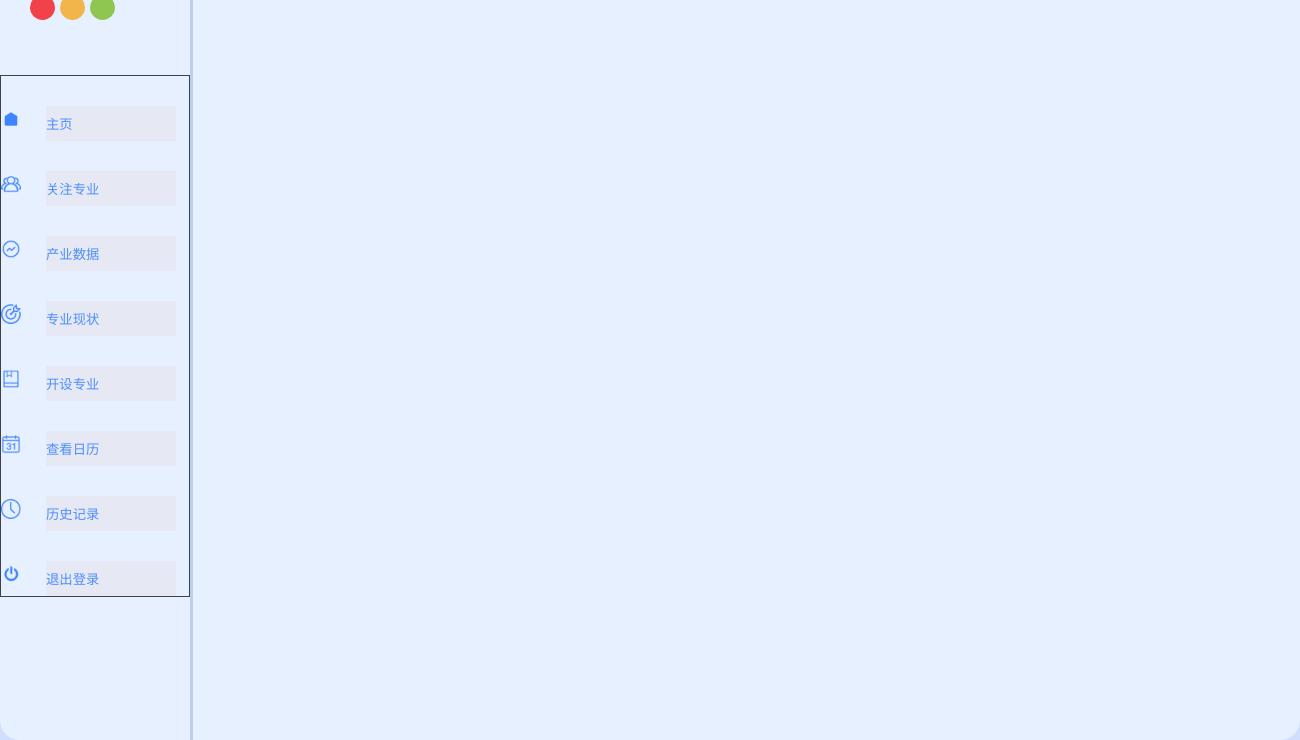
Repository: akaCSDN/test
Page: 2.1主页.html
An editor plug-in stored every save of this project. The page is shown before and after a run of saves, followed by the edit.
The browser window is 1280 px wide. The page is 1300 px wide, so the pictures cover 1300 px, including what lies to the right of the window. The pictures show the whole page.

Above is the page before, as saved 2022-12-02 15:11:42.

### 2.1主页.html
<!DOCTYPE html>
<html lang="en">
<head>
    <meta charset="UTF-8">
    <meta http-equiv="X-UA-Compatible" content="IE=edge">
    <meta name="viewport" content="width=device-width, initial-scale=1.0">
    <title>Document</title>
    <style type="text/css">
        *{
            margin: 0;
            padding: 0;
            border: 0;
        }
        .main{
            width: 1300px;
            height: 760px;
            /* border: 1px solid black; */
            border-radius: 20px;
            background-color: aliceblue;
            opacity: 0.7;
            position: absolute;
            top: 0;
            right: 0;
            bottom: 0;
            left: 0;
            margin: auto;

        }
        .left{
            width: 190px;
            height: 760px;
            border-radius: 20px 0px 0px 20px;
            border-right: 3px solid rgba(146, 169, 213, 0.622);
            /* border: 1px solid black; */
            position: absolute;
        }
        .circle-point{
            width: 100px;
            height: 30px;
            /* border: 1px solid black; */
            margin-left: 25px;
            margin-top: 15px;
        }
        .circle-point div{
            width: 25px;
            height: 25px;
            border-radius: 100% 100% 100% 100%;
            float: left;
            opacity: 1;
            /* position: absolute; */
            margin-left: 5px;

        }
        .button{
            width: auto;
            height: auto;
            border: 1px solid black;
            margin-top: 50px;
        }
        .button ul{
            list-style-type: none;
        }
        .button button{
            width: 130px;
            height: 35px;
            text-align: left;
            margin-left: 25px;
            color: rgba(0, 94, 255, 0.909);
            #005EF
            font-weight: 600;
            margin-top: 30px;

        }
        .button img{
            width: 20px;
            height: 20px;
        }
    </style>
</head>
<body style="background-color: rgb(209, 222, 254);">
    <div class="main">
        <div class="left">
            <div class="circle-point">
                <div style="background-color: red;"></div>
                <div style="background-color: orange;"></div>
                <div style="background-color:rgb(116, 189, 7);"></div>
            </div>
            <div class="button">
                    <img src="./icon/主页.png" alt=""><button>主页</button>
                    <br>
                    <img src="./icon/专业.png" alt=""><button>关注专业</button>
                    <br>
                    <img src="./icon/数据.png" alt=""><button>产业数据</button>
                    <br>
                    <img src="./icon/现状.png" alt=""><button>专业现状</button>
                    <br>
                    <img src="./icon/开设.png" alt=""><button>开设专业</button>
                    <br>
                    <img src="./icon/日历.png" alt=""><button>查看日历</button>
                    <br>
                    <img src="./icon/历史.png" alt=""><button>历史记录</button>
                    <br>
                    <img src="./icon/退出.png" alt=""><button>退出登录</button>

            </div>



        </div>

    </div>
</body>
</html>

After the next 4 saves:
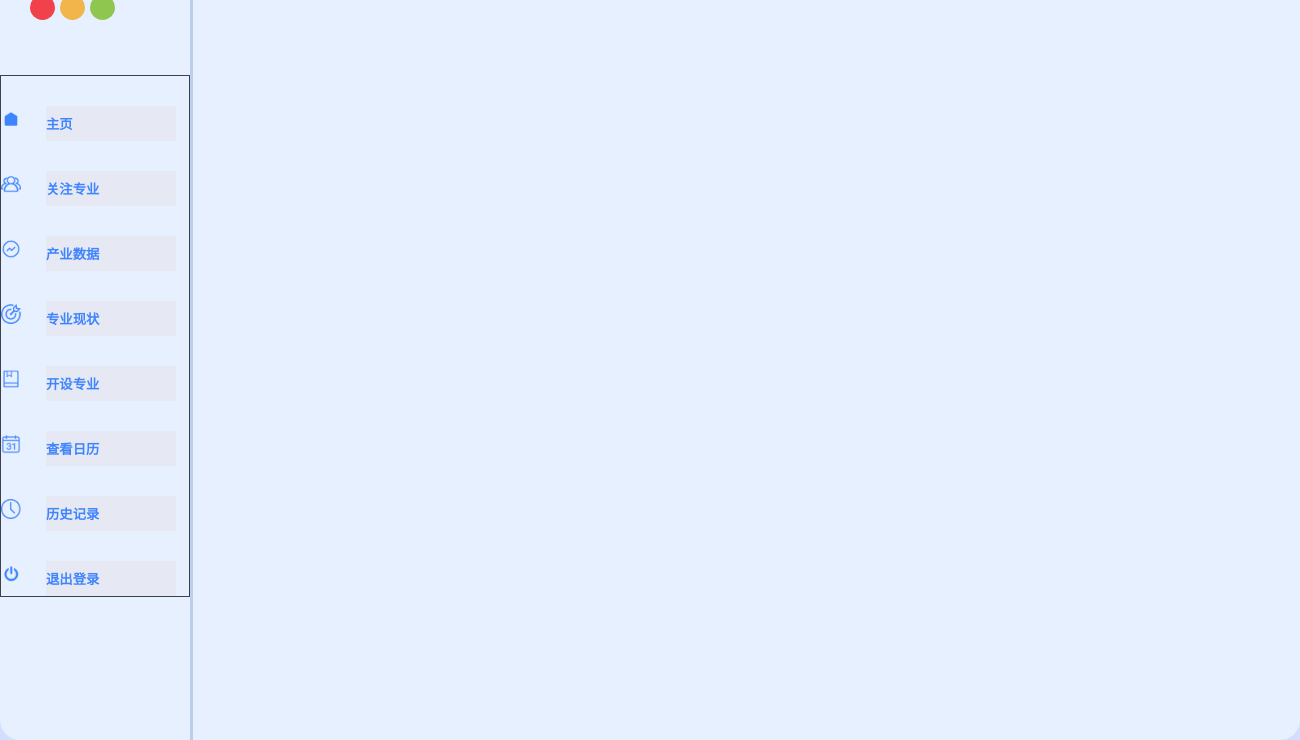
The 4 saves are shown as one change because they came seconds apart.
The last was saved 10 s later.
--- a/2.1主页.html
+++ b/2.1主页.html
@@ -65,8 +65,8 @@
             height: 35px;
             text-align: left;
             margin-left: 25px;
-            color: rgba(0, 94, 255, 0.909);
-            #005EF
+            /* color: rgba(0, 94, 255, 0.909); */
+            color: #005EFF;
             font-weight: 600;
             margin-top: 30px;
 
